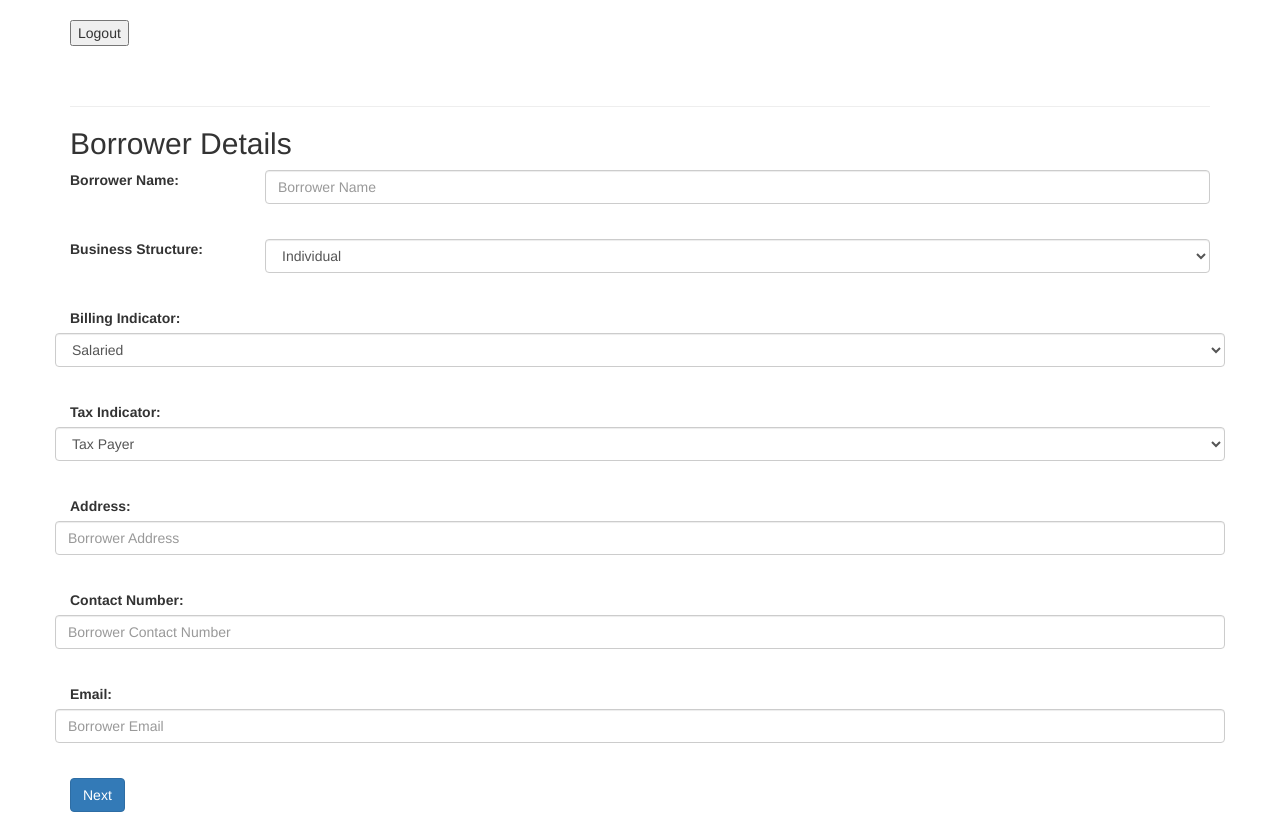
Repository: Bayvao/E-Loan-Project
Page: http://localhost/E-Loan-Project/WEB-INF/views/borrower-details-form.jsp
The author's editor kept a copy of each file at every save. The page is drawn from the files as they stood at one save, then again after the next save.
The browser window is 1280 px wide. The pictures show the whole page.
The page is served by Tomcat 9. Nobody is signed in. Other server files are loaded and not shown. The template is opened directly, without the code that normally fills it, so the values that code supplies are empty.

Above is the page before, as saved 2020-07-20 12:41:30.

### E-Loan-Project/src/main/webapp/WEB-INF/views/borrower-details-form.jsp
<%@ taglib prefix="form" uri="http://www.springframework.org/tags/form"%>
<%@ taglib prefix="security"
	uri="http://www.springframework.org/security/tags"%>
<%@ taglib prefix="c" uri="http://java.sun.com/jsp/jstl/core"%>

<!DOCTYPE html>
<html lang="en">
<head>
<title>Borrower Details</title>
<meta charset="utf-8">
<meta name="viewport" content="width=device-width, initial-scale=1">
<link rel="stylesheet"
	href="https://maxcdn.bootstrapcdn.com/bootstrap/3.4.1/css/bootstrap.min.css">
<script
	src="https://ajax.googleapis.com/ajax/libs/jquery/3.5.1/jquery.min.js"></script>
<script
	src="https://maxcdn.bootstrapcdn.com/bootstrap/3.4.1/js/bootstrap.min.js"></script>

<style>
.error {
	color: red;
}
</style>
</head>
<body>
	<div class="container">
		<br />

		<!-- Add a logout button -->
		<form:form action="${pageContext.request.contextPath}/logout"
			method="POST">

			<input type="submit" value="Logout" />

		</form:form>

		<!-- display user name and role -->
		<br /> <br />
		<p>

			<security:authorize access="isAuthenticated()">
        User: <security:authentication property="principal.username" />
        Role(s): <security:authentication
					property="principal.authorities" />
			</security:authorize>
		</p>

		<hr>
		<h2>Borrower Details</h2>
		<form:form
			action="${pageContext.request.contextPath}/loan/processBorrower"
			modelAttribute="loanBorrower">

			<div class="form-group row">
				<label class="col-sm-2 col-form-label">Borrower Name: </label>
				<div class="col-sm-10">
					<form:input path="bName" placeholder="Borrower Name"
						class="form-control" />
					<form:errors path="bName" cssClass="error" />
				</div>
			</div>
			<br>
			<div class="form-group row">
				<label class="col-sm-2 col-form-label">Business Structure: </label>
				<div class="col-sm-10">
				<form:select path="bStructure" class="form-control">
					<form:option value="Individual">Individual</form:option>
					<form:option value="Organizational">Organizational</form:option>

				</form:select>
				</div>
			</div>
			<br>
			<div class="form-group row">
				<label class="col-sm-2 col-form-label">Billing Indicator: </label>
				<form:select path="bIndicator" class="form-control">
					<form:option value="Salaried">Salaried</form:option>
					<form:option value="Non-Salaried">Non-Salaried</form:option>

				</form:select>
			</div>
			<br>
			<div class="form-group row">
				<label class="col-sm-2 col-form-label">Tax Indicator: </label>
				<form:select path="tIndicator" class="form-control">
					<form:option value="Tax Payer">Tax Payer</form:option>
					<form:option value="Not Tax Payer">Non Tax Payer</form:option>

				</form:select>
			</div>
			<br>
			<div class="form-group row">
				<label class="col-sm-2 col-form-label">Address: </label>
				<form:input path="bAddress" placeholder="Borrower Address"
					class="form-control" />
				<form:errors path="bAddress" cssClass="error" />
			</div>
			<br>
			<div class="form-group row">
				<label class="col-sm-2 col-form-label">Contact Number: </label>
				<form:input path="bContactNo" placeholder="Borrower Contact Number"
					class="form-control" />
				<form:errors path="bContactNo" cssClass="error" />
			</div>
			<br>
			<div class="form-group row">
				<label class="col-sm-2 col-form-label">Email: </label>
				<form:input path="bEmail" placeholder="Borrower Email"
					class="form-control" />
				<form:errors path="bEmail" cssClass="error" />
			</div>
			<br>
			<div class="form-group row">
				<div class="col-sm-10">
					<button type="submit" class="btn btn-primary">Next</button>
				</div>
			</div>
		</form:form>
	</div>

</body>
</html>

After the next save:
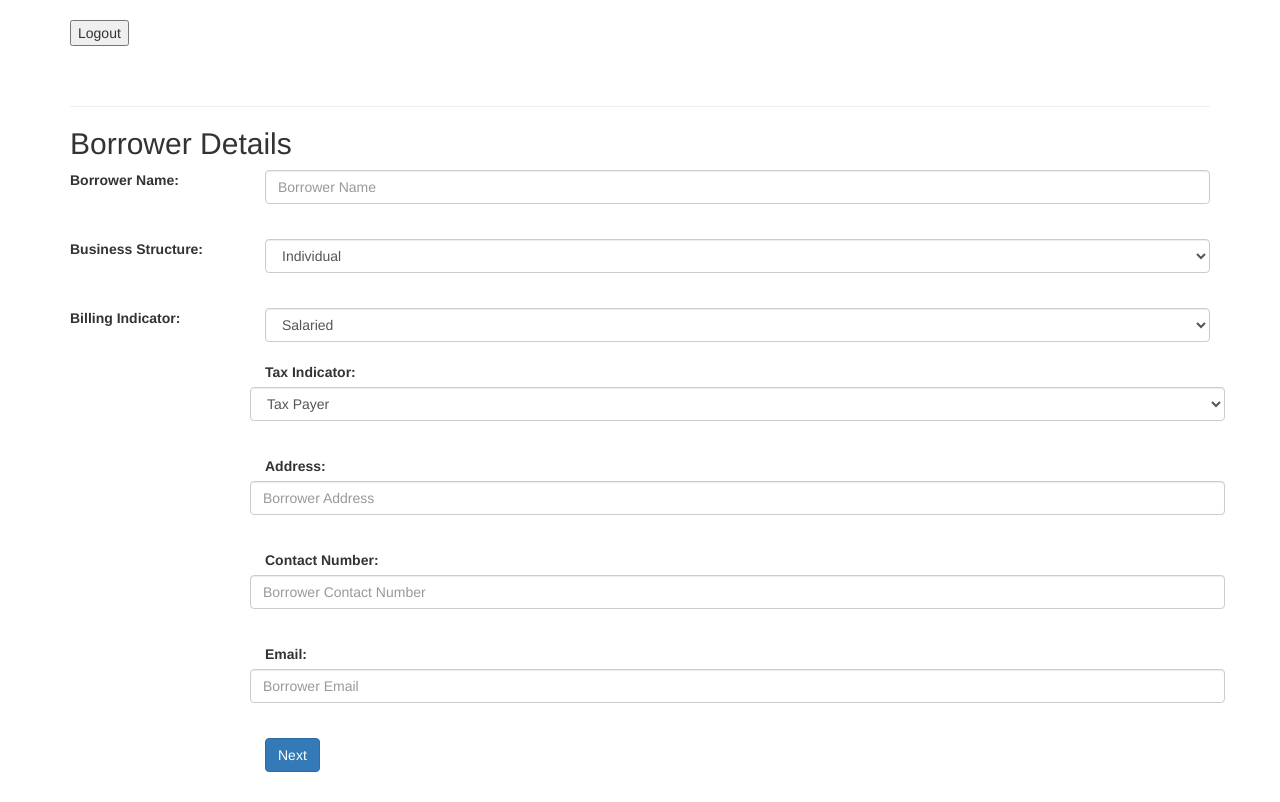
Saved 14 s later.
--- a/E-Loan-Project/src/main/webapp/WEB-INF/views/borrower-details-form.jsp
+++ b/E-Loan-Project/src/main/webapp/WEB-INF/views/borrower-details-form.jsp
@@ -73,11 +73,13 @@
 			<br>
 			<div class="form-group row">
 				<label class="col-sm-2 col-form-label">Billing Indicator: </label>
+				<div class="col-sm-10">
 				<form:select path="bIndicator" class="form-control">
 					<form:option value="Salaried">Salaried</form:option>
 					<form:option value="Non-Salaried">Non-Salaried</form:option>
 
 				</form:select>
+				<div class="col-sm-10">
 			</div>
 			<br>
 			<div class="form-group row">
